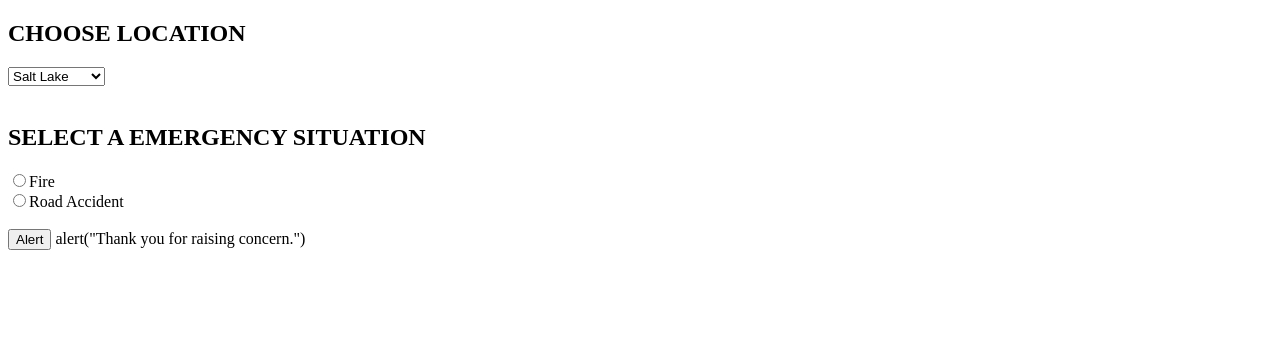
Repository: jeetlovely/ems
Page: EmergencyManagement/WebContent/userpage.html
These files come from the project's save history. The page is drawn as it stood at one moment and after the next save; the edit follows.
The browser window is 1280 px wide. The pictures show the whole page.

Above is the page before, as saved 2018-04-29 16:30:19.

After the next save:
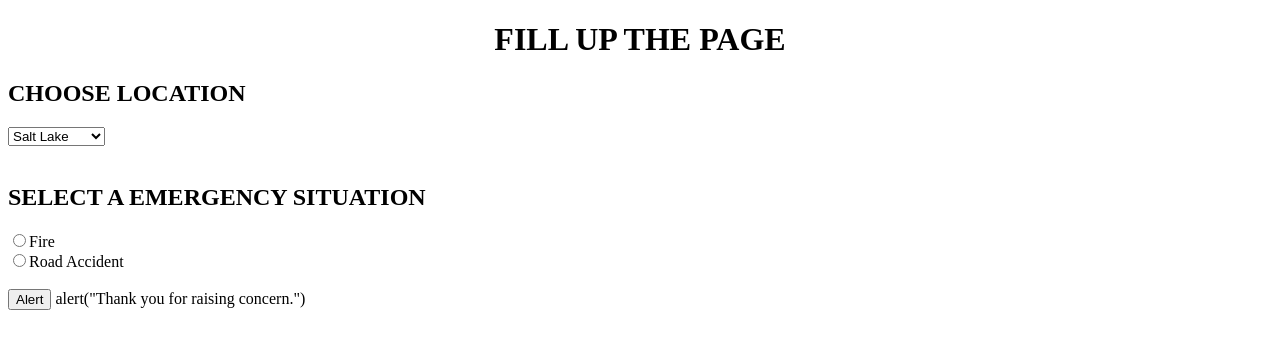
Saved 8 min 2 s later.
--- a/EmergencyManagement/WebContent/userpage.html
+++ b/EmergencyManagement/WebContent/userpage.html
@@ -7,6 +7,9 @@
 <body>
 
 <form action="Acknowledgement">
+<center>
+<h1>FILL UP THE PAGE</h1>
+</center>
 <h2>CHOOSE LOCATION</h2>
 <select name="location">
   <option value="22.579956,88.437950">Salt Lake</option>
